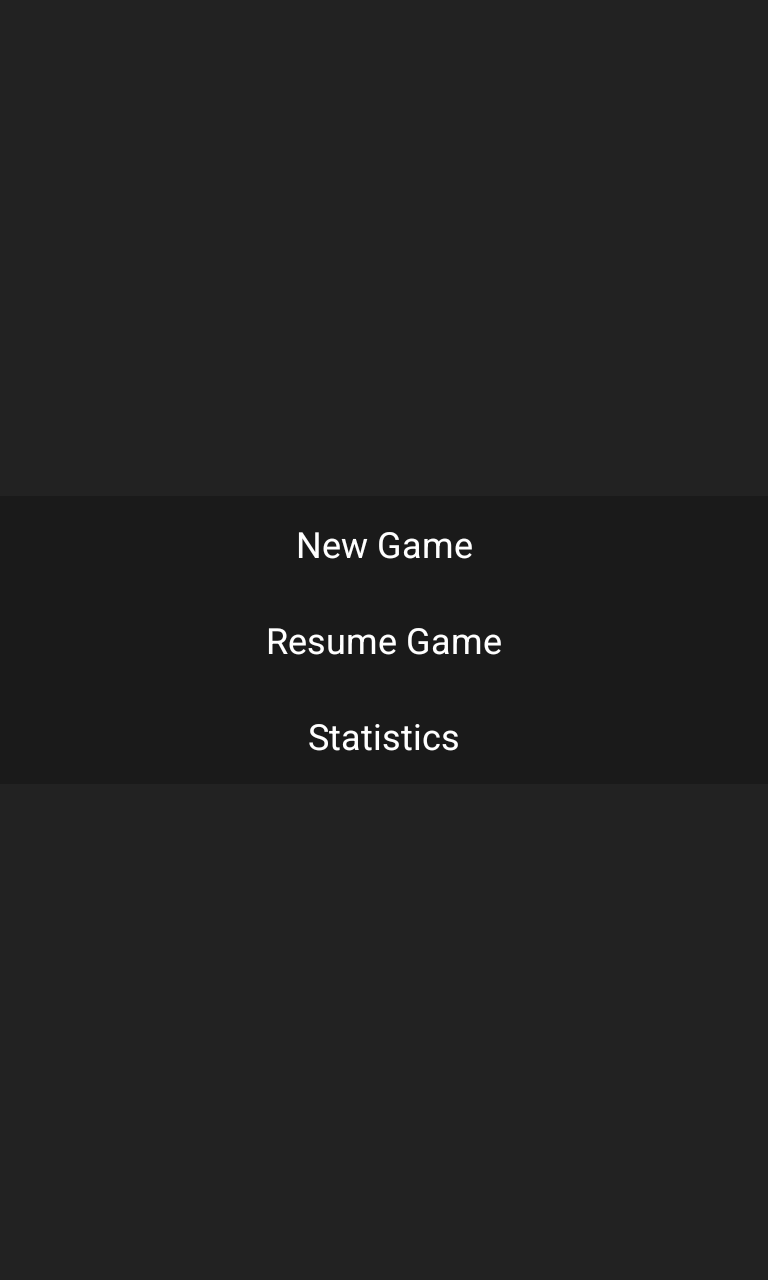
Repository: andyhurd/SuperMunchkin
Layout: SuperMunchkin/res/layout/activity_main_menu.xml
An editor plug-in stored every save of this project. The layout is shown before and after the next save, followed by the edit.
It is drawn on a 768 x 1280 px phone screen (xhdpi) without system bars, with theme AppTheme; the app's code is not run.

Above is the layout before, as saved 2012-11-02 01:11:42.

### SuperMunchkin/res/layout/activity_main_menu.xml

    <LinearLayout xmlns:android="http://schemas.android.com/apk/res/android"
        android:layout_width="fill_parent"
        android:layout_height="fill_parent"
        android:orientation="vertical"
        android:gravity="center"
        android:background="@color/charcoal" >

	    <LinearLayout
	        android:layout_width="fill_parent"
	        android:layout_height="wrap_content"
	        android:orientation="vertical"
	        android:gravity="center"
	        android:background="@color/charcoal_accent" >

	        <Button
	            android:id="@+id/newGameButton"
	            android:layout_width="match_parent"
	            android:layout_height="wrap_content"
	            android:text="@string/new_game"
		        android:textColor="@android:color/white"
		        style="?android:attr/borderlessButtonStyle" />

	        <Button
	            android:id="@+id/resumeGameButton"
	            android:layout_width="match_parent"
	            android:layout_height="wrap_content"
	            android:text="@string/resume_game"
		        android:textColor="@android:color/white"
		        style="?android:attr/borderlessButtonStyle" />

	        <Button
	            android:id="@+id/statisticsButton"
	            android:layout_width="match_parent"
	            android:layout_height="wrap_content"
	            android:text="@string/statistics"
		        android:textColor="@android:color/white"
		        style="?android:attr/borderlessButtonStyle" />
        </LinearLayout>

    </LinearLayout>

### SuperMunchkin/res/values/colors.xml
<resources>

    <color name="charcoal">#222222</color>
    <color name="charcoal_accent">#1A1A1A</color>
    <color name="mist">#BBBBBB</color>
    <color name="holo_blue_bright">#FF33FFFF</color>

</resources>

### SuperMunchkin/res/values/strings.xml
<resources>

    <string name="app_name">SuperMunchkin</string>
    <string name="averageGearAbbr">AVG GEAR</string>
    <string name="averageLevelAbbr">AVG LEVEL</string>
    <string name="cancel">Cancel</string>
    <string name="choose_next">Choose Next</string>
    <string name="declare_victor">is the winner!</string>
    <string name="done">Done</string>
    <string name="false_abbr">F</string>
    <string name="finish">Finish</string>
    <string name="firstName">First Name</string>
    <string name="first_player_prompt">Who Plays First?</string>
    <string name="gamesPlayedAbbr">GAMES PLAYED</string>
    <string name="gamesWonAbbr">GAMES WON</string>
    <string name="gear">Gear</string>
    <string name="gearAbbr">GEAR</string>
    <string name="lastName">Last Name</string>
    <string name="level">Level</string>
    <string name="levelAbbr">LEVEL</string>
    <string name="menu_settings">Settings</string>
    <string name="nextPlayer">Next Player</string>
    <string name="next_player_prompt">Who Plays Next?</string>
    <string name="one">1</string>
    <string name="new_game">New Game</string>
    <string name="player">PLAYER</string>
    <string name="playerName">Player Name</string>
    <string name="plus_sign">+</string>
    <string name="previousPlayer">Previous Player</string>
    <string name="reorder">Reorder</string>
    <string name="removePlayers">Remove Players</string>
    <string name="remove">Remove</string>
    <string name="restorePlayers">Restore Players</string>
    <string name="restore">Restore</string>
    <string name="resume_game">Resume Game</string>
    <string name="unfinished_game">Unfinished Game</string>
    <string name="save">Save</string>
    <string name="start">Start</string>
    <string name="statistics">Statistics</string>
    <string name="totalGearAbbr">TOTAL GEAR</string>
    <string name="totalLevelAbbr">TOTAL LEVEL</string>
    <string name="true_abbr">T</string>
    <string name="warrior">Warrior</string>
    <string name="warriorAbbr">WARR</string>
    <string name="warriorFull">WARRIOR</string>
    <string name="winPercentageAbbr">WIN%</string>
    <string name="zero">0</string>
    <string name="zeroPercent">0.0%</string>

</resources>

Loaded but not shown: SuperMunchkin/res/values-v11/styles.xml (common file); SuperMunchkin/res/values-v14/styles.xml (common file); SuperMunchkin/res/values/styles.xml (common file)

After the next save:
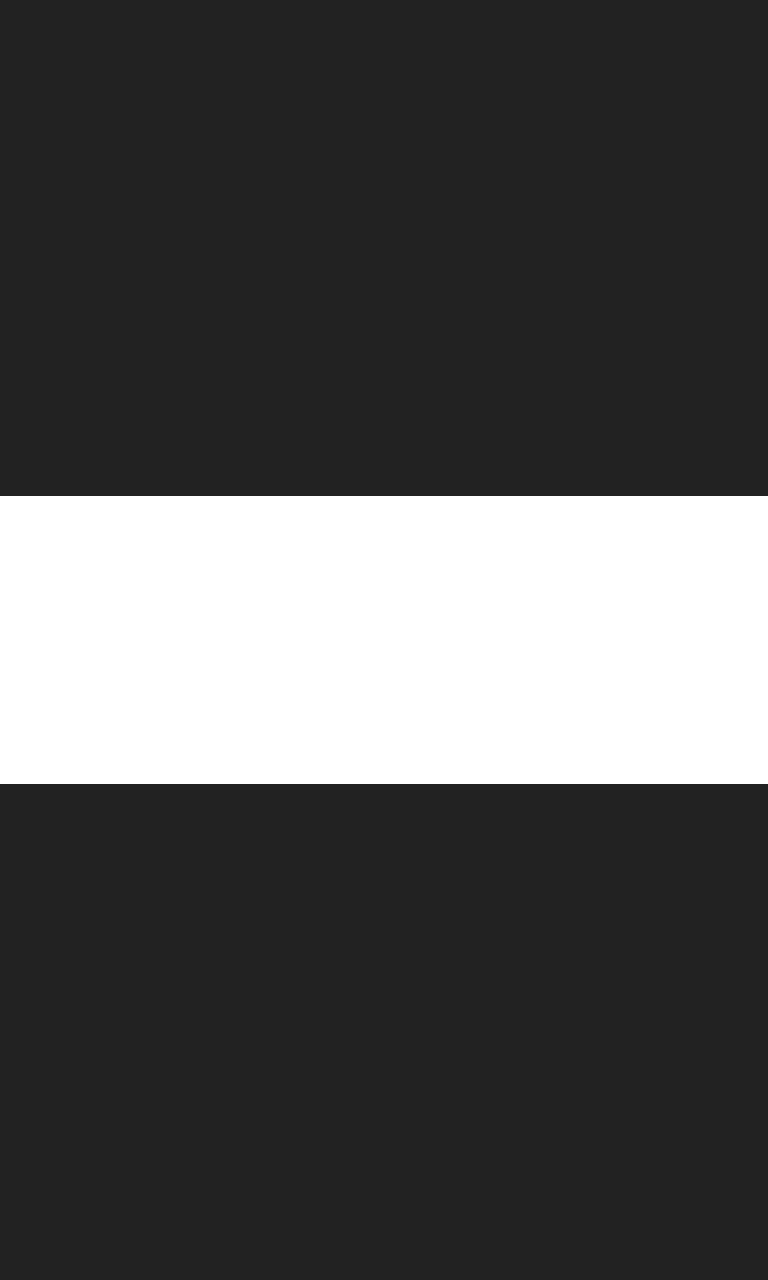
Saved 58 s later.
--- a/SuperMunchkin/res/layout/activity_main_menu.xml
+++ b/SuperMunchkin/res/layout/activity_main_menu.xml
@@ -11,7 +11,7 @@
 	        android:layout_height="wrap_content"
 	        android:orientation="vertical"
 	        android:gravity="center"
-	        android:background="@color/charcoal_accent" >
+	        android:background="@android:color/white" >
 
 	        <Button
 	            android:id="@+id/newGameButton"
